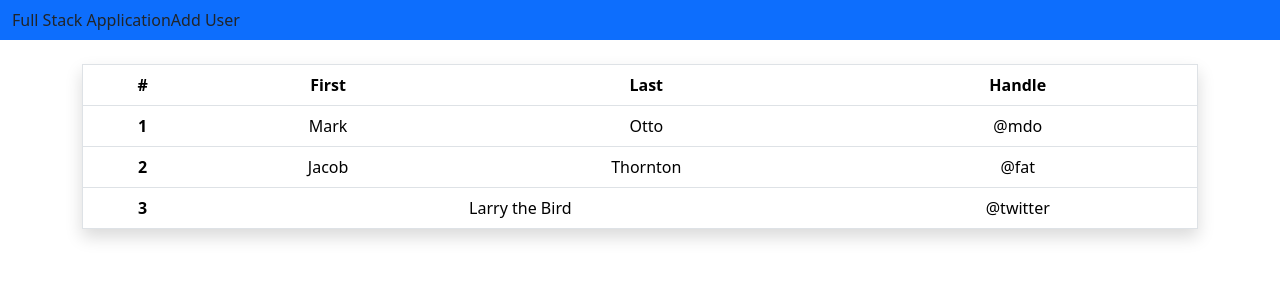
Repository: rajratangm/spring
Page: / (app in front/)
These files come from the project's save history. The page is drawn as it stood at one moment and after the next save; the edit follows.
The browser window is 1280 px wide. The pictures show the whole page.
The page's requests for data from a server got no answer. The project was rebuilt for these pictures with package versions that can differ from the ones it lists, and the page was loaded fresh each time. No one was signed in, and anything a server would have sent is missing.

Above is the page before, as saved 2024-05-19 17:47:58.

### front/src/App.js

import './App.css';
import "../node_modules/bootstrap/dist/css/bootstrap.min.css";
import Navbar from './layout/Navbar';
import Home from './pages/Home';

function App() {
  return (
    <div className="App">
    <Navbar/>
    <Home/>
    </div>
  );
}

export default App;

### front/src/layout/Navbar.js
import React from 'react'
import { Link } from "react-router-dom";

const Navbar = () => {
  return (
    <div>
    <nav className="navbar navbar-expand-lg navbar-dark bg-primary">
      <div className="container-fluid">

          Full Stack Application

        <button
          className="navbar-toggler"
          type="button"
          data-bs-toggle="collapse"
          data-bs-target="#navbarSupportedContent"
          aria-controls="navbarSupportedContent"
          aria-expanded="false"
          aria-label="Toggle navigation"
        >
          <span className="navbar-toggler-icon"></span>
        </button>
          Add User

      </div>
    </nav>
  </div>
  )
}

export default Navbar

### front/src/pages/Home.js
import React, { useEffect } from 'react'
import axios from 'axios'
import { useState } from 'react';
const Home = () => {
    const [users, setUsers]= useState([]);
    useEffect(()=>{
        loadUsers();
    },[])
    const loadUsers = async ()=>{
    const result= await axios.get("http://localhost:8080/users")
    console.log(result.data)
}


return (
    <div className='container'>
        <div className='py-4'>
        <table className="table border shadow">
  <thead>
    <tr>
      <th scope="col">#</th>
      <th scope="col">First</th>
      <th scope="col">Last</th>
      <th scope="col">Handle</th>
    </tr>
  </thead>
  <tbody>
    <tr>
      <th scope="row">1</th>
      <td>Mark</td>
      <td>Otto</td>
      <td>@mdo</td>
    </tr>
    <tr>
      <th scope="row">2</th>
      <td>Jacob</td>
      <td>Thornton</td>
      <td>@fat</td>
    </tr>
    <tr>
      <th scope="row">3</th>
      <td colspan="2">Larry the Bird</td>
      <td>@twitter</td>
    </tr>
  </tbody>
</table>


        </div>

    </div>
  )
}

export default Home

Loaded but not shown: front/public/index.html (common file); front/src/index.js (common file); front/src/index.css (common file); front/src/reportWebVitals.js (common file); front/src/App.css (common file)

After the next save:
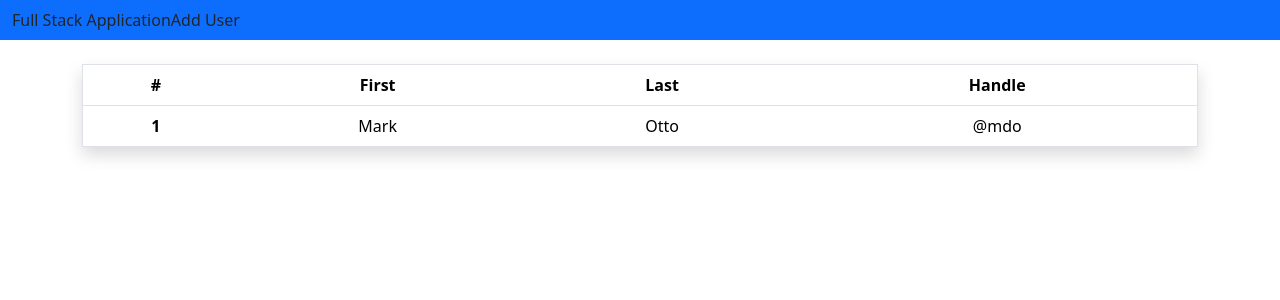
Saved 49 s later.
--- a/front/src/pages/Home.js
+++ b/front/src/pages/Home.js
@@ -31,17 +31,6 @@ return (
       <td>Otto</td>
       <td>@mdo</td>
     </tr>
-    <tr>
-      <th scope="row">2</th>
-      <td>Jacob</td>
-      <td>Thornton</td>
-      <td>@fat</td>
-    </tr>
-    <tr>
-      <th scope="row">3</th>
-      <td colspan="2">Larry the Bird</td>
-      <td>@twitter</td>
-    </tr>
   </tbody>
 </table>
 
